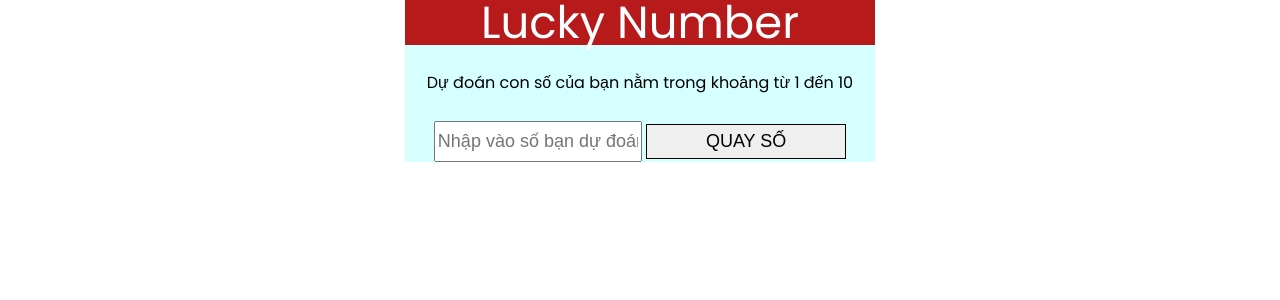
Repository: whis16720/PhuNguyen-C4EJS-D15
Page: index.html
These files come from the project's save history. The page is drawn as it stood at one moment and after the next save; the edit follows.
The browser window is 1280 px wide. The pictures show the whole page.
The style sheet was rebuilt from its Sass, Less or Tailwind sources for each picture, by a compiler version that may differ from the author's.

Above is the page before, as saved 2020-09-22 19:51:31.

### index.html
<!DOCTYPE html>
<html lang="en">
<head>
	<meta charset="UTF-8">
	<meta name="viewport" content="width=device-width, initial-scale=1.0">
	<title>Document</title>
	<link rel="stylesheet" href="style.css">
	<link rel="stylesheet" href="reset.css">
	<link href="https://fonts.googleapis.com/css2?family=Poppins:wght@200;300;400;600;700&display=swap" rel="stylesheet">
	<script src="index.js"></script>
</head>
<body>
	<div class="game">
		<h1 class="game__name">Lucky Number</h1>
		<p class="game__details">Dự đoán con số của bạn nằm trong khoảng từ 1 đến 10</p>
		<form class="game__play">
			<input type="text" placeholder="Nhập vào số bạn dự đoán" class="game__input">
			<button type="button" class="game__btn">QUAY SỐ</button>
		</form>

	</div>
</body>
</html>

### style.scss
.game {
  font-family: "Poppins", sans-serif;
  width: 470px;
  margin: auto;
  background-color: #d6ffff;
  &__name {
    text-align: center;
    font-size: 45px;
    background-color: #b71a1b;
    color: white;
    margin-bottom: 30px;
  }
  &__details {
    text-align: center;
    margin-bottom: 30px;
  }
  &__play {
    text-align: center;
  }
  &__input {
    width: 200px;
    height: 35px;
    font-size: 18px;
  }
  &__btn {
    border: 1px solid black;
    width: 200px;
    height: 35px;
    font-size: 18px;
  }
}

Loaded but not shown: reset.css (common file); index.js (no copy from this time; the picture is the same without it)

After the next save:
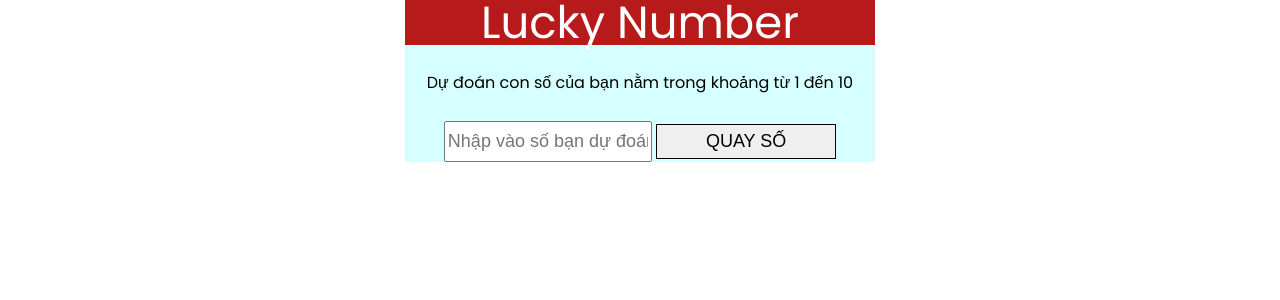
Saved 16 s later.
--- a/style.scss
+++ b/style.scss
@@ -24,7 +24,7 @@
   }
   &__btn {
     border: 1px solid black;
-    width: 200px;
+    width: 180px;
     height: 35px;
     font-size: 18px;
   }
